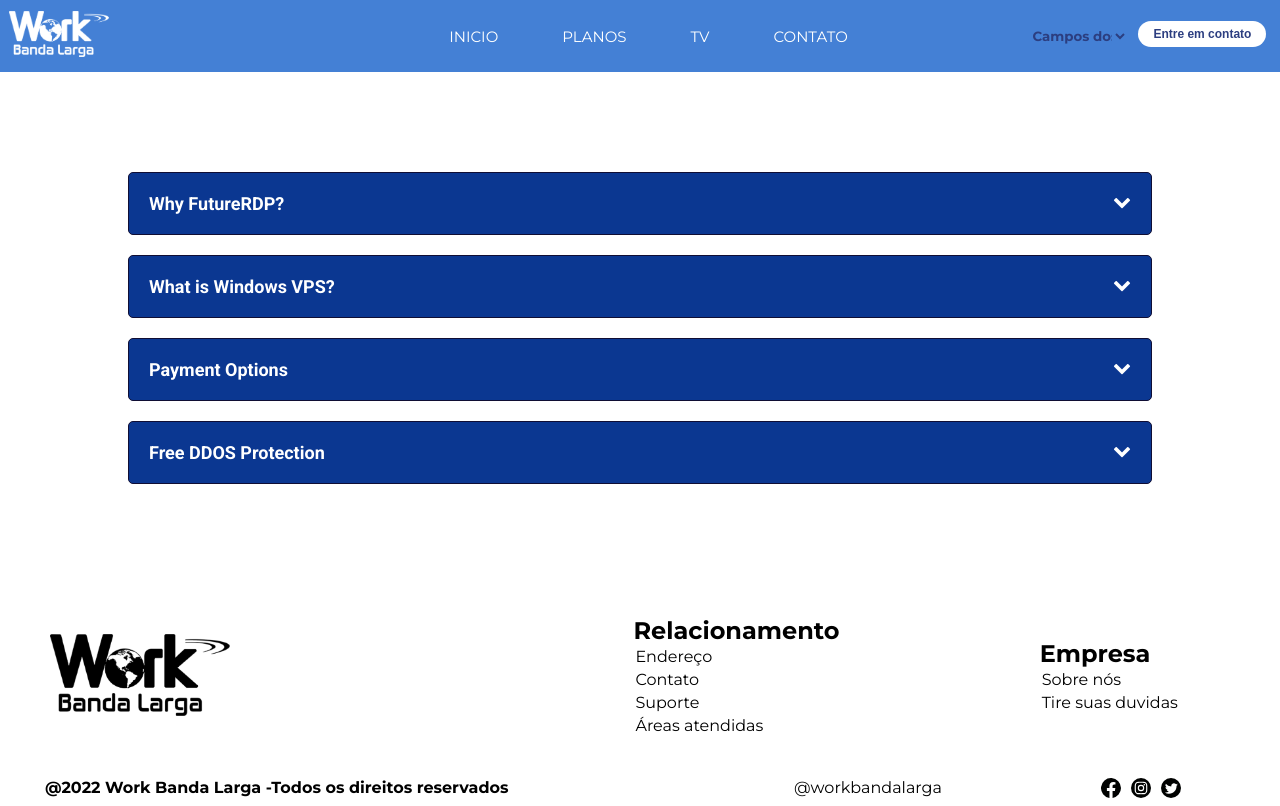
Repository: mateus-henrique-silva/WorkBandaLarga
Page: site_work/src/Pages/formulario.html
The author's editor kept a copy of each file at every save. The page is drawn from the files as they stood at one save, then again after the next save.
The browser window is 1280 px wide. The pictures show the whole page.
Some web fonts or font styles are not loaded; a fallback is used. Some web libraries are served in a nearby version.

Above is the page before, as saved 2022-09-20 10:44:50.

After the next save:
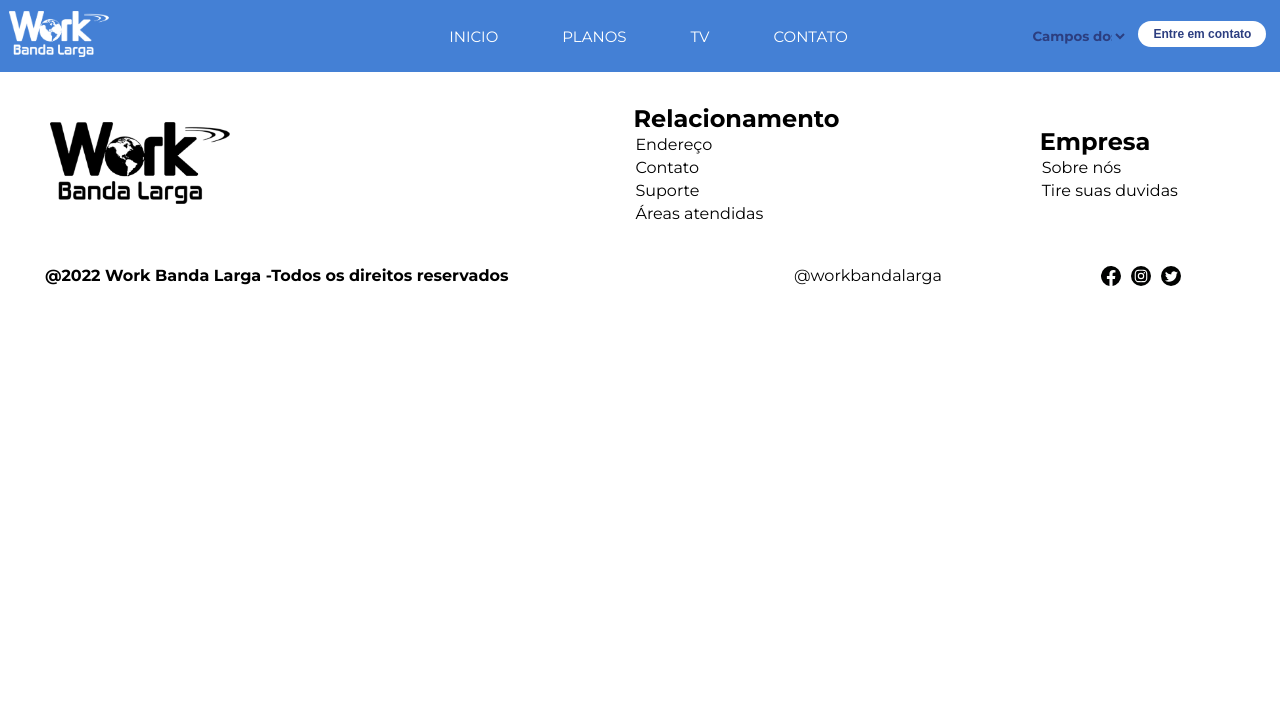
Saved 26 s later.
--- a/site_work/src/Pages/formulario.html
+++ b/site_work/src/Pages/formulario.html
@@ -178,95 +178,7 @@ nav{
         </ul>
       </nav>
     </header>
-    <!-- <main>
-      <link href="https://maxcdn.bootstrapcdn.com/bootstrap/3.3.7/css/bootstrap.min.css" rel="stylesheet">
-      <script src="https://ajax.googleapis.com/ajax/libs/jquery/1.11.1/jquery.min.js" charset="utf-8"></script> -->
-      <section id="faq">
-        <div class="container faq">
-          <div class="container">
-            <div class="row">
-              <div class="col-sm-12">
-                <div class="accordions">
-                  <div class="accordion-item">
-                    <div class="accordion-title" data-tab="item1">
-                      <h3>Why FutureRDP? <i class="fa fa-chevron-down"></i></h3>
-                    </div>
-                    <div class="accordion-content" id="item1">
-                      <p>
-                        FutureRDP provides cheap and affordable Linux and
-                        Windows VPS servers and storage solution since 2008 for
-                        more than 11 years in multiple locations such as the
-                        United States, UK, France, Germany, Netherlands, and
-                        Canada. We have a range of different solutions for
-                        different purposes such as SSD VPS and Storage servers.
-                        All servers are equipped with RAID10 only SSD drives and
-                        FREE DDoS Protection!
-                      </p>
-                    </div>
-                  </div>
-
-                  <div class="accordion-item">
-                    <div class="accordion-title" data-tab="item2">
-                      <h3>
-                        What is Windows VPS? <i class="fa fa-chevron-down"></i>
-                      </h3>
-                    </div>
-                    <div class="accordion-content" id="item2">
-                      <p>
-                        With a Windows VPS server, you will get a Remote Desktop
-                        connection within a few minutes. You can run Windows
-                        applications such as IIS, SQL, Microsoft Exchange or any
-                        software like Docking, Forex trading, Crypto Trading
-                        etc… or anything which you wish for. Just like your own
-                        computer!! but the difference is online 24/7 days
-                        without interruptions and with a super fast Internet
-                        connection!
-                      </p>
-                    </div>
-                  </div>
-
-                  <div class="accordion-item">
-                    <div class="accordion-title" data-tab="item3">
-                      <h3>
-                        Payment Options <i class="fa fa-chevron-down"></i>
-                      </h3>
-                    </div>
-                    <div class="accordion-content" id="item3">
-                      <p>
-                        Unlike most other providers you don’t have to pay with
-                        just Credit Card or PayPal. You can also pay with
-                        Bitcoin, Alt Coins like Ethereum or Litecoin,
-                        PerfectMoney, Payza and of course you can still pay by
-                        PayPal and Credit Cards. You even get more discounts
-                        when you choose longer-term commitments like our
-                        attractive yearly plans.
-                      </p>
-                    </div>
-                  </div>
-
-                  <div class="accordion-item">
-                    <div class="accordion-title" data-tab="item4">
-                      <h3>
-                        Free DDOS Protection <i class="fa fa-chevron-down"></i>
-                      </h3>
-                    </div>
-                    <div class="accordion-content" id="item4">
-                      <p>
-                        Unlike other providers who charge extra for DDoS
-                        protection, All of our VPS servers comes with DDoS
-                        protection for FREE. This means you do not have to worry
-                        about your VPS performance at all. We are taking care of
-                        your needs while you do focus on your business!
-                      </p>
-                    </div>
-                  </div>
-                </div>
-              </div>
-            </div>
-          </div>
-        </div>
-      </section>
-    </main>
+
     <footer>
       <section>
         <div class="img-footer">
